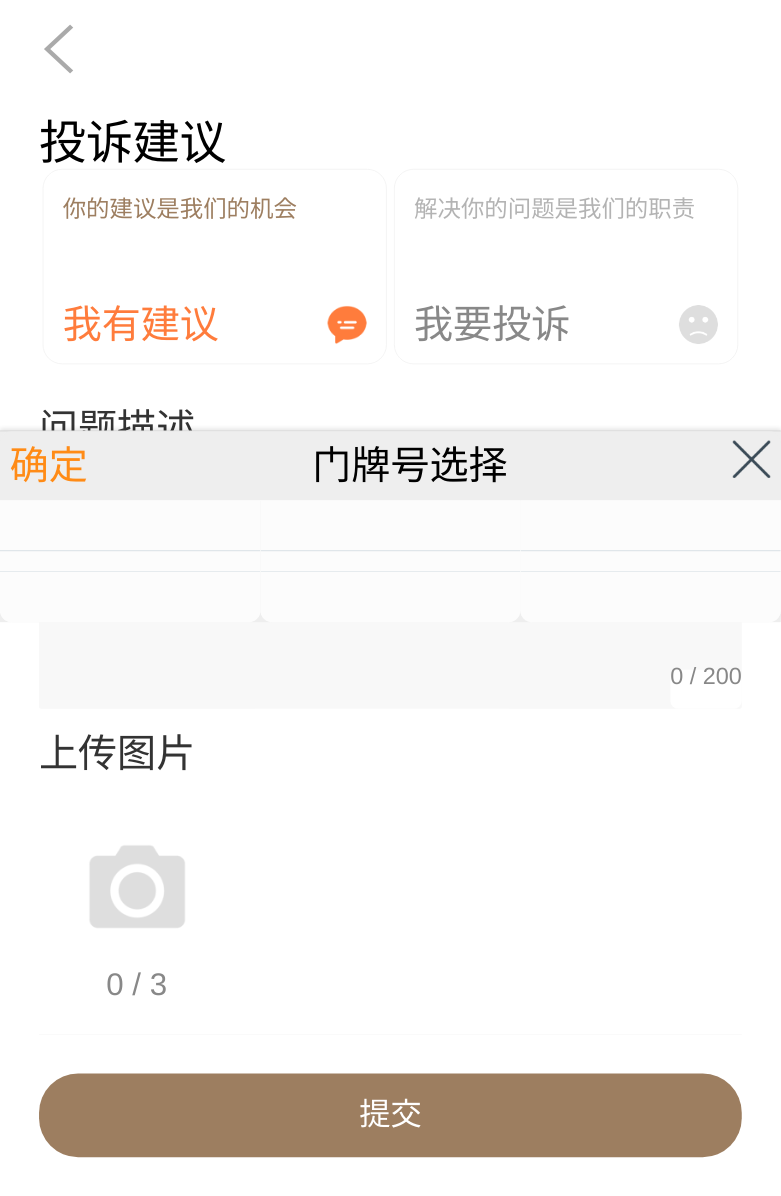
Repository: missing-star/rockBridge
Page: complaint.html
An editor plug-in stored every save of this project. The page is shown before and after the next save, followed by the edit.
The browser window is 1280 px wide. The pictures show the whole page, at 61% of full size.

Above is the page before, as saved 2019-04-19 10:43:43.
Console error: ReferenceError: getNotActivedAddress is not defined

### complaint.html
<!DOCTYPE html>
<html lang="en">

<head>
    <meta charset="UTF-8">
    <meta name="viewport" content="width=device-width, initial-scale=1.0, user-scalable=no,maximum-scale=1.0">
    <meta http-equiv="X-UA-Compatible" content="ie=edge">
    <meta http-equiv="Expires" content="0">
    <meta http-equiv="Pragma" content="no-cache">
    <meta http-equiv="Cache-control" content="no-cache">
    <meta http-equiv="Cache" content="no-cache">
    <link rel="stylesheet" href="assets/mui/css/mui.min.css?v=1.1.0">
    <link rel="stylesheet" href="assets/mui/picker/css/mui.picker.min.css?v=1.1.0">
    <link rel="stylesheet" href="css/common.css?v=1.1.0">
    <link rel="stylesheet" href="css/complaint.css?v=1.1.0">
    <title>叠石桥</title>
    <!--
        意见投诉
    -->
</head>

<body>
    <div id="app">
        <header class="mui-bar mui-bar-nav">
            <i onclick="goBack()" class="mui-icon mui-icon-arrowleft"></i>
        </header>
        <div class="mui-content">
            <header class="packet-title">
                <p>投诉建议</p>
            </header>
            <!--大分类-->
            <div class="classify">
                <div data-type="proposal" class="classify-item active">
                    <p class="title">你的建议是我们的机会</p>
                    <div class="bottom-icon">
                        <span class="title">我有建议</span>
                        <img v-show="currentTab == 'proposal'" class="classify-icon" src="imgs/proposal-active.png" alt="">
                        <img v-show="currentTab == 'complaint'" class="classify-icon" src="imgs/proposal.png" alt="">
                    </div>
                </div>
                <div data-type="complaint" class="classify-item">
                    <p class="title">解决你的问题是我们的职责</p>
                    <div class="bottom-icon">
                        <span class="title">我要投诉</span>
                        <img v-show="currentTab == 'proposal'" class="classify-icon" src="imgs/complaint.png" alt="">
                        <img v-show="currentTab == 'complaint'" class="classify-icon" src="imgs/complaint-active.png"
                            alt="">
                    </div>
                </div>
            </div>
            <p class="title-ques">问题描述</p>
            <div class="question-desc">
                <textarea placeholder="输入您的描述" @input="limitLength" v-model="inputContent" name="" id="" cols="30" rows="10"></textarea>
                <span v-cloak class="amount">{{inputContent.length}} / 200</span>
            </div>
            <!-- <input v-model="selectedNumber" id="number-btn" readonly type="text" class="number-value arrow-right"> -->

            <p class="title-upload">上传图片</p>
            <div class="repair-item upload">
                <div v-for="(item,index) in uploadedImgs" class="upload-item">
                    <img :src="item.src" alt="" class="upload-img-item">
                    <span @click="deleteImg(index)" class="delete-icon">
                    </span>
                </div>
                <div :class="{active:uploadedImgs.length < 3}" class="upload-item upload">
                    <div @click="uploadImg($event)" class="mask-click">
                        <input class="upload-input" hidden type="file" accept="image/*">
                    </div>
                    <img src="imgs/camera.png" alt="" class="camera">
                    <span v-cloak class="imgs-num">{{uploadedImgs.length}} / 3</span>
                </div>
            </div>
            <button @click="submitComplain" class="button-apply">
                提交
            </button>
        </div>
    </div>
    <script src="assets/vue/vue.min.js?v=1.0.2"></script>
    <script src="assets/jquery/jquery.min.js?v=1.0.2"></script>
    <script src="assets/mui/js/mui.min.js?v=1.0.2"></script>
    <script src="assets/mui/picker/js/mui.picker.js?v=1.0.2"></script>
    <script src="assets/mui/picker/js/mui.poppicker.js?v=1.0.2"></script>
    <script src="js/common.js?v=1.0.7.1"></script>
    <script src="js/complaint.js?v=1.0.3"></script>
</body>

</html>

### css/common.css
html,
body,
.mui-content {
    font-size: calc(100vw / 20);
    background: #ffffff;
}
*{
    word-break: break-all;
}
div.mui-content {
    padding: 1rem;
}

header.mui-bar.mui-bar-nav {
    background: #ffffff;
    -webkit-box-shadow: none;
            box-shadow: none;
}

nav.mui-bar.mui-bar-tab {
    background: #ffffff;
    -webkit-box-shadow: 0 0 6px 0 rgba(0, 0, 0, 0.15);
            box-shadow: 0 0 6px 0 rgba(0, 0, 0, 0.15);
}

nva.mui-bar-tab span.mui-tab-label {
    color: #9d7e60;
}

.mui-bar-tab .mui-tab-item.mui-active {
    color: #5f4831;
}

img.mui-icon.nav-bar-icon.active {
    display: inline;
}

img.mui-icon.nav-bar-icon {
    display: none;
}

p {
    margin: 0;
}

input[type=color],
input[type=date],
input[type=datetime-local],
input[type=datetime],
input[type=email],
input[type=month],
input[type=number],
input[type=password],
input[type=search],
input[type=tel],
input[type=text],
input[type=time],
input[type=url],
input[type=week],
select,
textarea {
    margin-bottom: 0;
    width: auto;
    height: auto;
    border: none;
    -webkit-box-flex: 1;
        -ms-flex: 1;
            flex: 1;
    font-size: 0.8rem;
}

input::-webkit-input-placeholder {
    color: #c2c2c2;
}

nav.mui-bar.mui-bar-tab a.mui-tab-item {
    -ms-touch-action: none;
        touch-action: none;
    height: 100%;
}

nav.mui-bar.mui-bar-tab {
    height: 3rem;
}

.mui-bar-tab .mui-tab-item .mui-icon {
    top: 3px;
    width: 1.2rem;
    height: 1.2rem;
    padding-top: 0;
    padding-bottom: 0;
    margin-bottom: 0.1rem;
}

.mui-bar-tab .mui-tab-item .mui-icon~.mui-tab-label {
    font-size: 0.5rem;
    line-height: 1rem;
}

.mui-bar-tab~.mui-content {
    padding-top: 2.5rem;
    padding-bottom: 3rem;
}

button.submit {
    background: #9d7e60;
    width: 100%;
    border: none;
    border-radius: 1rem;
    font-size: 1rem;
    line-height: 1rem;
    color: #fff;
    margin-top: 1rem;
    height: 2rem;
}

button.mui-btn.mui-btn-blue.mui-poppicker-btn-ok,
button.mui-btn.mui-btn-blue {
    color: #ff8b16;
    background: transparent;
    border: none;
    font-size: 1rem;
}

.mui-poppicker-header,
.mui-dtpicker-header {
    border-radius: 0.3rem 0.3rem 0 0;
}

button.mui-btn.mui-poppicker-btn-cancel,
.mui-dtpicker-header button {
    color: #aaaaaa;
    border: none;
    background: transparent;
    font-size: 1rem;
}

button.mui-btn.mui-poppicker-btn-cancel>img,
.mui-dtpicker-header button>img {
    width: 1rem;
}

.mui-picker-inner,
.mui-picker {
    background: #fcfcfc;
    -webkit-mask-box-image: none;
    border-radius: 0 0 0.3rem 0.3rem;
}

.mui-poppicker-body {
    border: none;
    border-radius: 0 0 0.3rem 0.3rem;
}

button.mui-btn {
    color: #aaaaaa;
    border-color: #aaaaaa;
}

.mui-dtpicker-header {
    background: #ffffff;
}

.mui-dtpicker-title h5 {
    display: none;
}

span.mui-popup-button.mui-popup-button-bold {
    color: #FF8B16;
}

span.mui-popup-button {
    color: #aaaaaa;
}

[v-cloak] {
    display: none !important;
}

.mui-poppicker.mui-active,
.mui-dtpicker.mui-active {
    margin: 0.5rem;
    width: calc(100% - 1rem);
    border-radius: 0.3rem;
}

.popicker-title,
.dt-popicker-title {
    -webkit-box-flex: 1;
        -ms-flex: 1;
            flex: 1;
    text-align: center;
    font-size: 1rem;
    color: #000000;
}

.mui-poppicker-header,
.mui-dtpicker-header {
    display: -webkit-box;
    display: -ms-flexbox;
    display: flex;
    -webkit-box-align: center;
        -ms-flex-align: center;
            align-items: center;
    -webkit-box-pack: justify;
        -ms-flex-pack: justify;
            justify-content: space-between;
    background: #eeeeee;
}

.mui-pciker-list li {
    color: #b19c88;
}

.mui-pciker-list li.highlight {
    color: #5f4831;
}

.mui-pciker-rule-ft {
    z-index: 2;
    border-top: solid 1px #ced7de;
    border-bottom: solid 1px #ced7de;
}


input::-webkit-outer-spin-button,
input::-webkit-inner-spin-button {

    -webkit-appearance: none !important;
}

input[type="number"] {
    -moz-appearance: textfield;
}

### css/complaint.css
header.mui-bar.mui-bar-nav {
    height: 2.5rem;
    padding: 0 1rem;
    display: -webkit-box;
    display: -ms-flexbox;
    display: flex;
    -webkit-box-align: center;
        -ms-flex-align: center;
            align-items: center;
}

.mui-bar-nav~.mui-content {
    padding-top: 2.5rem;
}

header.packet-title {
    display: -webkit-box;
    display: -ms-flexbox;
    display: flex;
    -webkit-box-align: center;
        -ms-flex-align: center;
            align-items: center;
    -webkit-box-pack: justify;
        -ms-flex-pack: justify;
            justify-content: space-between;
    margin-top: 1rem;
}

header.packet-title>p:first-child {
    color: #000000;
    font-size: 1.2rem;
}

.mui-bar-nav.mui-bar .mui-icon {
    margin-left: -0.5rem;
    padding: 0;
    font-size: 2rem;
    color: #AAAAAA;
}
button.button-apply {
    width: 100%;
    background:#9D7E60;
    border: none;
    border-radius: 1rem;
    padding: 0.5rem;
    font-size: 0.8rem;
    color: #fff;
    margin-top: 1rem;
}
button.submit-repair.submit-repair{
    background: #9d7e60;
}
.classify {
    margin-top: 1rem;
    display: -webkit-box;
    display: -ms-flexbox;
    display: flex;
    -webkit-box-align: center;
        -ms-flex-align: center;
            align-items: center;
    -ms-flex-pack: distribute;
        justify-content: space-around;
    height: 4rem;
    margin-bottom: 1rem;
}
.classify-item span.title {
    color: #888888;
    font-size: 1rem;
    line-height: 1rem;
}
.classify-item.active span.title{
    color: #ff7c3c;
}
.ques-item span.checkbox {
    border-radius: 0.1rem;
    background-color:#dedede;
    background-image: url(../imgs/checked.png);
    background-repeat: no-repeat;
    background-size: 0.8rem;
    background-position: center center;
    width: 1rem;
    height: 1rem;
    display: block;
    margin-right: 0.8rem;
}
.classify-item {
    position: relative;
    display: -webkit-box;
    display: -ms-flexbox;
    display: flex;
    -webkit-box-orient: vertical;
    -webkit-box-direction: normal;
        -ms-flex-direction: column;
            flex-direction: column;
    -webkit-box-pack: justify;
        -ms-flex-pack: justify;
            justify-content: space-between;
    position: relative;
    border: 1px solid rgba(237,237,237,1);
    border-radius: 0.5rem;
    width: 49%;
    height: 5rem;

}
.ques-item.active span.checkbox {
    background-color: #ff7c3c;
}
.ques-item.active p{
    color: #ff7c3c;
}
.mask-click,.mask-click-sub {
    position: absolute;
    left: 0;
    top: 0;
    width: 100%;
    height: 100%;
    background: transparent;
}
.ques-classify {
    display: none;
}
.ques-classify.active{
    display: -webkit-box;
    display: -ms-flexbox;
    display: flex;
}
.classify.sub>.classify-item {
    margin-bottom: 1.5rem;
}
p.classify-title,p.title-upload,p.title-ques {
    color: #333;
    font-size: 1rem;
    padding: 1rem 0;
}
.question-desc {
    position: relative;
}
p.title {
    border-bottom: 1px solid #f6f6f6;
    padding: 0.5rem;
    font-size: 0.8rem;
    line-height: 1rem;
    color: #333333;
}
textarea {
    width: 100%;
    height: 6rem;
}
textarea {
    width: 100%;
    height: 6rem;
    font-size: 0.8rem;
    line-height: 1.2rem;
    padding: 0.5rem;
    color: #888888;
    background: #F8F8F8;
    padding-bottom: 1rem;
}
textarea::-webkit-scrollbar{
    width: 0;
    height: 0;
}
span.amount {
    display: block;
    text-align: right;
    color: #888888;
    font-size: 0.6rem;
    position: absolute;
    bottom: 0;
    right: 0;
    background: #ffffff;
    height: 1rem;
    border-radius: 0.2rem;
}
.upload-container {
    position: relative;
    background: url(../imgs/camera.png) no-repeat;
    width: 20vw;
    height: 20vw;
    background-size: 80%;
    background-position: center;
}
.mask-upload {
    position: absolute;
    background: transparent;
    width: 100%;
    height: 100%;
}
img.upload-img {
    width: 100%;
    height: 100%;
}
.upload-container.no-bg {
    background: none;
}
img.classify-icon {
    width: 1rem;
}

.classify-item>p.title{
    font-size: 0.6rem;
    line-height: 1rem;
    color: #b3b3b3;
    border: none;
    white-space: nowrap;
    overflow: hidden;
    text-overflow: ellipsis;
}
.classify-item.active>p.title {
    color: #9D7E60;
}
.bottom-icon {
    display: -webkit-box;
    display: -ms-flexbox;
    display: flex;
    -webkit-box-align: center;
        -ms-flex-align: center;
            align-items: center;
    -webkit-box-pack: justify;
        -ms-flex-pack: justify;
            justify-content: space-between;
    padding: 0.5rem;
    font-size: 1rem;
}
ul.ques-classify.active {
    margin: 0;
    list-style: none;
    padding: 0 1rem;
    display: -webkit-box;
    display: -ms-flexbox;
    display: flex;
    -webkit-box-align: center;
        -ms-flex-align: center;
            align-items: center;
    -webkit-box-pack: justify;
        -ms-flex-pack: justify;
            justify-content: space-between;
    -ms-flex-wrap: wrap;
        flex-wrap: wrap;
}
li.ques-item {
    display: -webkit-box;
    display: -ms-flexbox;
    display: flex;
    -webkit-box-align: center;
        -ms-flex-align: center;
            align-items: center;
    width: 50%;
    margin-bottom: 1.5rem;
}
div.repair-item {
    border-bottom: 1px solid #f6f6f6;
    padding: 0.5rem 0;
    display: -webkit-box;
    display: -ms-flexbox;
    display: flex;
    -webkit-box-align: center;
        -ms-flex-align: center;
            align-items: center;
}
.upload-item.upload.active {
    display: -webkit-box;
    display: -ms-flexbox;
    display: flex;
}
.upload-item.upload {
    display: none;
}
.upload-item {
    position: relative;
    width: 25vw;
    height: 25vw;
    display: -webkit-box;
    display: -ms-flexbox;
    display: flex;
    -webkit-box-align: center;
        -ms-flex-align: center;
            align-items: center;
    -webkit-box-orient: vertical;
    -webkit-box-direction: normal;
        -ms-flex-direction: column;
            flex-direction: column;
    -ms-flex-pack: distribute;
        justify-content: space-around;
    margin-right: 5vw;
}
.mask-click {
    position: absolute;
    width: 100%;
    height: 100%;
    background: transparent;
    z-index: 1;
}
img.camera {
    width: 50%;
}
span.imgs-num {
    font-size: 0.8rem;
    color: #888888;
}
.upload-img-item {
    width: 100%;
    height: 100%;
}
span.delete-icon {
    background-color: #f52d1e;
    display: block;
    width: 1rem;
    height: 1rem;
    position: absolute;
    right: -0.5rem;
    top: -0.5rem;
    border-radius: 50%;
    background-image: url(../imgs/delete-icon.png);
    background-repeat: no-repeat;
    background-size: 0.5rem;
    background-position: center;
}

### assets/mui/picker/js/mui.poppicker.js
/**
 * 弹出选择列表插件
 * 此组件依赖 listpcker ，请在页面中先引入 mui.picker.css + mui.picker.js
 * varstion 1.0.1
 * by Houfeng
 * Houfeng@DCloud.io
 */

(function($, document) {

	//创建 DOM
	$.dom = function(str) {
		if (typeof(str) !== 'string') {
			if ((str instanceof Array) || (str[0] && str.length)) {
				return [].slice.call(str);
			} else {
				return [str];
			}
		}
		if (!$.__create_dom_div__) {
			$.__create_dom_div__ = document.createElement('div');
		}
		$.__create_dom_div__.innerHTML = str;
		return [].slice.call($.__create_dom_div__.childNodes);
	};

	var panelBuffer = '<div class="mui-poppicker">\
		<div class="mui-poppicker-header">\
			<button class="mui-btn mui-btn-blue mui-poppicker-btn-ok">确定</button>\
			<div class="popicker-title"></div>\
			<button class="mui-btn mui-poppicker-btn-cancel">取消</button>\
			<div class="mui-poppicker-clear"></div>\
		</div>\
		<div class="mui-poppicker-body">\
		</div>\
	</div>';

	var pickerBuffer = '<div class="mui-picker">\
		<div class="mui-picker-inner">\
			<div class="mui-pciker-rule mui-pciker-rule-ft"></div>\
			<ul class="mui-pciker-list">\
			</ul>\
			<div class="mui-pciker-rule mui-pciker-rule-bg"></div>\
		</div>\
	</div>';

	//定义弹出选择器类
	var PopPicker = $.PopPicker = $.Class.extend({
		//构造函数
		init: function(options) {
			var self = this;
			self.options = options || {};
			self.options.buttons = self.options.buttons || ["<img src='./imgs/close.png'/>",'确定'];
			self.panel = $.dom(panelBuffer)[0];
			document.body.appendChild(self.panel);
			self.ok = self.panel.querySelector('.mui-poppicker-btn-ok');
			self.cancel = self.panel.querySelector('.mui-poppicker-btn-cancel');
			self.title = self.panel.querySelector('.popicker-title');
			self.body = self.panel.querySelector('.mui-poppicker-body');
			self.mask = $.createMask();
			self.cancel.innerHTML = self.options.buttons[0];
			self.ok.innerHTML = self.options.buttons[1];
			self.title.innerHTML = self.options.title || '请选择';
			self.cancel.addEventListener('tap', function(event) {
				self.hide();
			}, false);
			self.ok.addEventListener('tap', function(event) {
				if (self.callback) {
					var rs = self.callback(self.getSelectedItems());
					if (rs !== false) {
						self.hide();
					}
				}
			}, false);
			self.mask[0].addEventListener('tap', function() {
				self.hide();
			}, false);
			self._createPicker();
			//防止滚动穿透
			self.panel.addEventListener($.EVENT_START, function(event) {
				event.preventDefault();
			}, false);
			self.panel.addEventListener($.EVENT_MOVE, function(event) {
				event.preventDefault();
			}, false);
		},
		_createPicker: function() {
			var self = this;
			var layer = self.options.layer || 1;
			var width = (100 / layer) + '%';
			self.pickers = [];
			for (var i = 1; i <= layer; i++) {
				var pickerElement = $.dom(pickerBuffer)[0];
				pickerElement.style.width = width;
				self.body.appendChild(pickerElement);
				var picker = $(pickerElement).picker();
				self.pickers.push(picker);
				pickerElement.addEventListener('change', function(event) {
					var nextPickerElement = this.nextSibling;
					if (nextPickerElement && nextPickerElement.picker) {
						var eventData = event.detail || {};
						var preItem = eventData.item || {};
						nextPickerElement.picker.setItems(preItem.children);
					}
				}, false);
			}
		},
		//填充数据
		setData: function(data) {
			var self = this;
			data = data || [];
			self.pickers[0].setItems(data);
		},
		//获取选中的项（数组）
		getSelectedItems: function() {
			var self = this;
			var items = [];
			for (var i in self.pickers) {
				if(self.pickers.hasOwnProperty(i)) { // 修复for in会访问继承属性造成items报错情况
					var picker = self.pickers[i];
					items.push(picker.getSelectedItem() || {});
				}
			}
			return items;
		},
		//显示
		show: function(callback) {
			var self = this;
			self.callback = callback;
			self.mask.show();
			document.body.classList.add($.className('poppicker-active-for-page'));
			self.panel.classList.add($.className('active'));
			//处理物理返回键
			self.__back = $.back;
			$.back = function() {
				self.hide();
			};
		},
		//隐藏
		hide: function() {
			var self = this;
			if (self.disposed) return;
			self.panel.classList.remove($.className('active'));
			self.mask.close();
			document.body.classList.remove($.className('poppicker-active-for-page'));
			//处理物理返回键
			$.back=self.__back;
		},
		dispose: function() {
			var self = this;
			self.hide();
			setTimeout(function() {
				self.panel.parentNode.removeChild(self.panel);
				for (var name in self) {
					self[name] = null;
					delete self[name];
				};
				self.disposed = true;
			}, 300);
		}
	});

})(mui, document);

### js/complaint.js
var vm = new Vue({
    el: '#app',
    data: {
        inputContent: '',
        uploadedImgs: [],
        currentTab: 'proposal',
        type:1
    },
    methods: {
        limitLength() {
            this.inputContent = this.inputContent.substring(0, 200);
        },
        uploadImg(event) {
            $(event.target).find('input').click();
        },
        deleteImg(index) {
            this.uploadedImgs.splice(index, 1);
        },
        submitComplain() {
            var imgs = this.uploadedImgs.map(function(item) {
                return item.realPath;
            });
            $.ajax({
                url: `${rootUrl}/index/api/getComplain`,
                type:'post',
                data: {
                    type:vm.type,
                    content:vm.inputContent,
                    images:imgs.join(',')
                },
                dataType: 'json',
                success: function (data) {
                    mui.toast(data.msg);
                    if (data.status == 1) {
                        setTimeout(function () {
                            history.go(-1);
                        }, 200);
                    }else if(data.status == 202) {
                        goLogin();
                    }
            vm.commentsInfo = data.result;
                },
                error: function () {
                    mui.toast('服务器异常');
                }
            })
        }
    }
});

$(function () {
    //大分类点击
    $("div.classify-item").click(function () {
        if (!$(this).hasClass('active')) {
            vm.currentTab = $(this).attr('data-type');
            $(this).addClass('active');
            $(this).siblings().removeClass('active');
            vm.type = vm.currentTab == 'proposal' ? 1 : 2;
        }
    });

    //监听图片上传
    $('input.upload-input').change(function () {

        var filePath = $(this).val(); //读取图片路径

        var fr = new FileReader(); //创建new FileReader()对象
        var imgObj = this.files[0]; //获取图片

        fr.readAsDataURL(imgObj); //将图片读取为DataURL


        var arr = filePath.split('\\');
        var fileName = arr[arr.length - 1];
        fr.onload = function () {
            uploadImgRealPath(imgObj, this.result);
            //置空文件上传框的值
            $('input.upload-input').val("");
        };
    });
});

//上传图片到后台
function uploadImgRealPath(fileObj, src) {
    var formData = new FormData();
    formData.append('image', fileObj);
    $.ajax({
        url: 'http://dieshiqiao.pzhkj.cn/index/Uploadify/api_imgUp',
        type: 'post',
        dataType: 'json',
        contentType: false,
        processData: false,
        data: formData,
        success: function (data) {
            mui.toast(data.msg);
            if (data.status == 1) {
                //设置文件路径为服务器路径
                vm.uploadedImgs.push({
                    src: src,
                    realPath: data.result
                });
            }else if(data.status == 202) {
                goLogin();
            }
        },
        error: function () {
            mui.toast('服务器异常!');
        }
    })
}

Loaded but not shown: assets/mui/css/mui.min.css (library); assets/mui/picker/css/mui.picker.min.css (library); assets/vue/vue.min.js (library); assets/jquery/jquery.min.js (library); assets/mui/js/mui.min.js (library); assets/mui/picker/js/mui.picker.js (389 lines, source omitted); js/common.js (241 lines, source omitted)

After the next save:
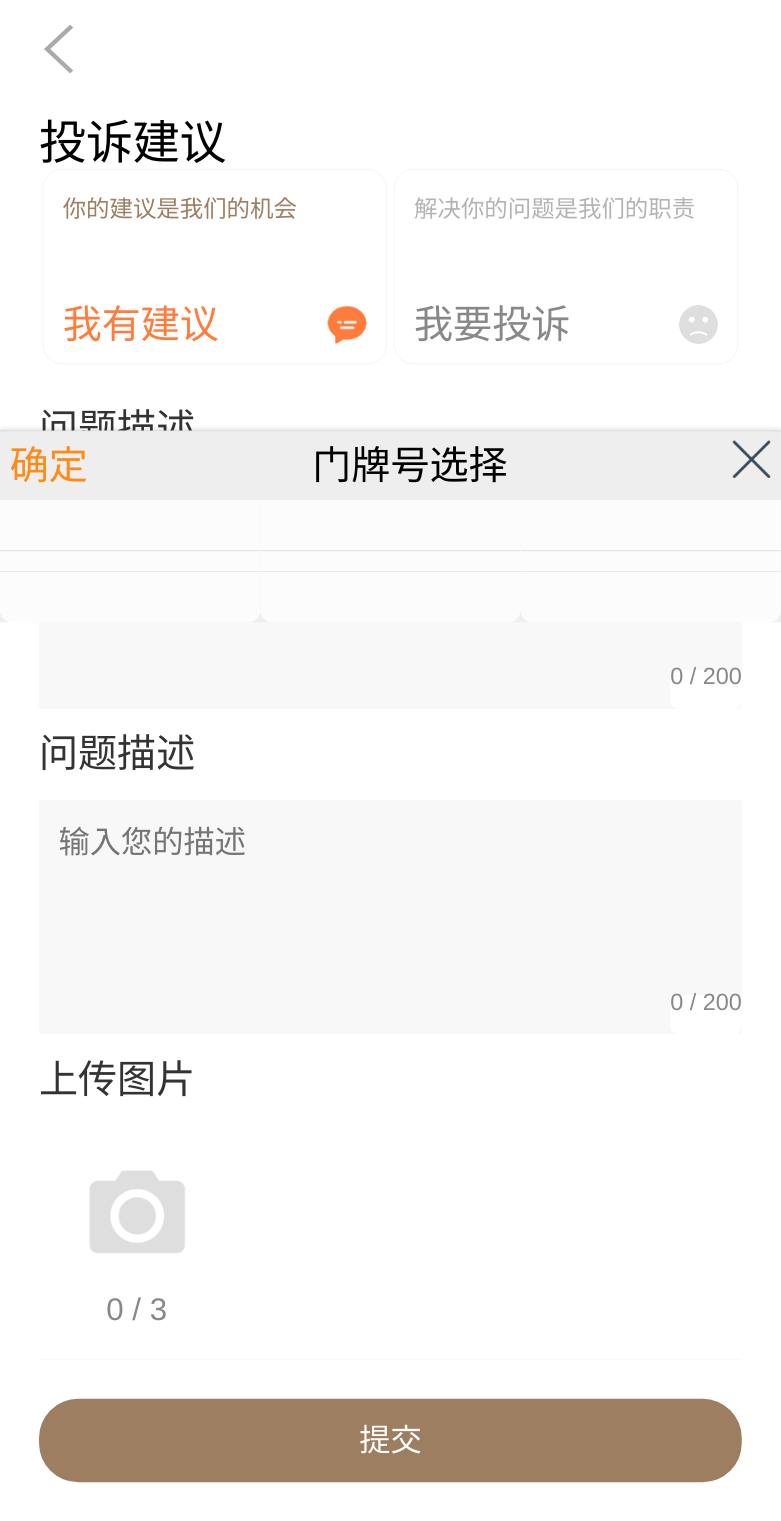
Saved 6 s later.
--- a/complaint.html
+++ b/complaint.html
@@ -54,7 +54,11 @@
                 <span v-cloak class="amount">{{inputContent.length}} / 200</span>
             </div>
             <!-- <input v-model="selectedNumber" id="number-btn" readonly type="text" class="number-value arrow-right"> -->
-
+            <p class="title-ques">问题描述</p>
+            <div class="question-desc">
+                <textarea placeholder="输入您的描述" @input="limitLength" v-model="inputContent" name="" id="" cols="30" rows="10"></textarea>
+                <span v-cloak class="amount">{{inputContent.length}} / 200</span>
+            </div>
             <p class="title-upload">上传图片</p>
             <div class="repair-item upload">
                 <div v-for="(item,index) in uploadedImgs" class="upload-item">
